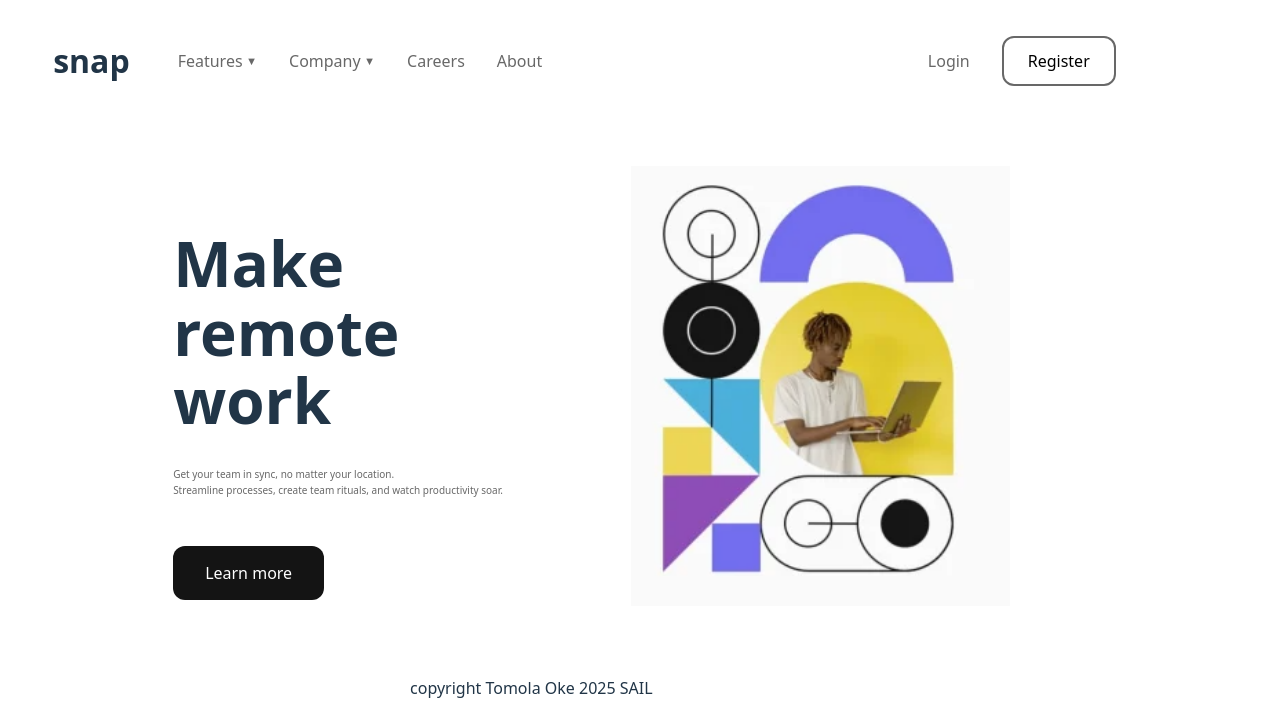
Repository: tomolaoke/SNAP
Page: /
An editor plug-in stored every save of this project. The page is shown before and after the next save, followed by the edit.
The browser window is 1280 px wide. The pictures show the whole page.
The project was rebuilt for these pictures with package versions that can differ from the ones it lists, and the page was loaded fresh each time. Also part of the build but not shown: vite.config.js, src/components/footer/Footer.css.

Above is the page before, as saved 2025-06-21 22:02:22.

After the next save:
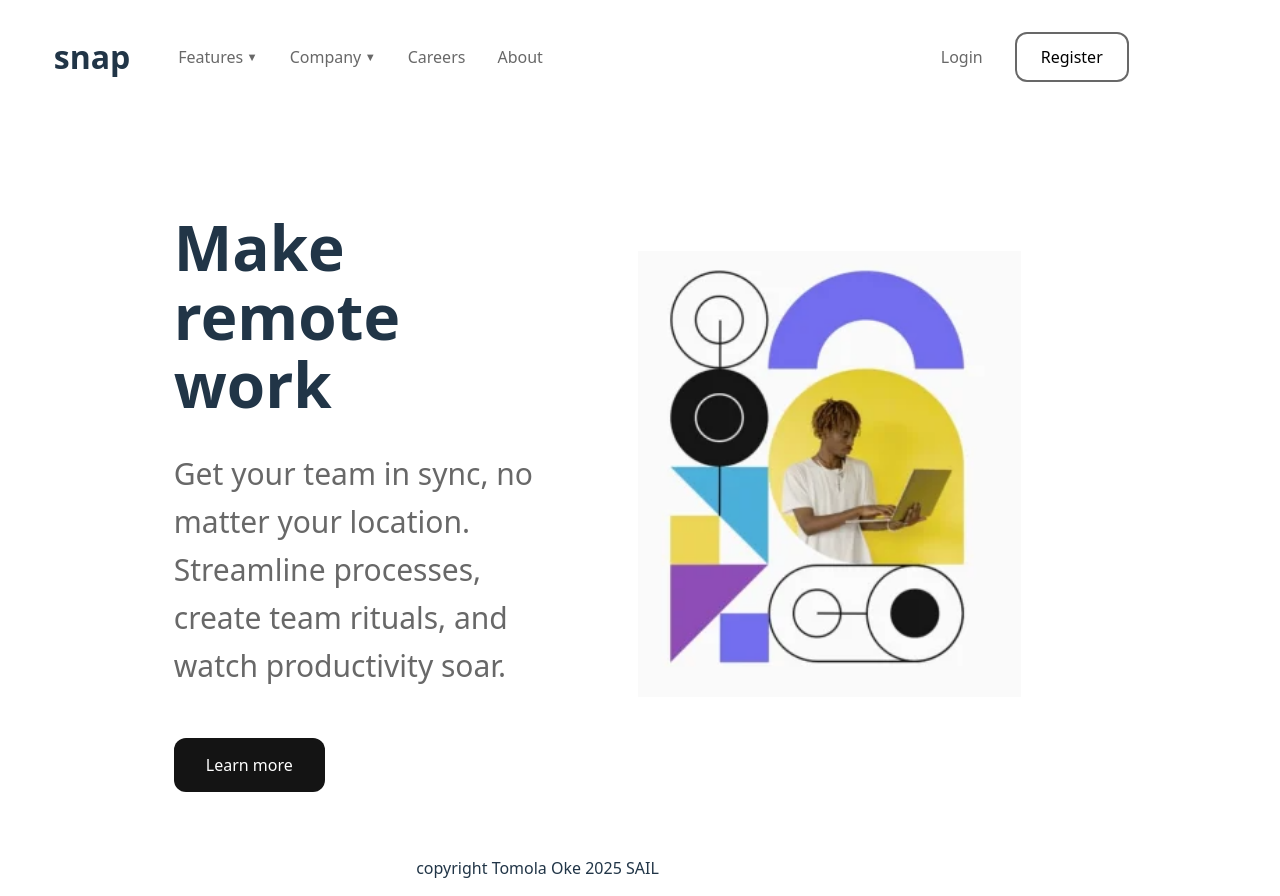
Saved 10 s later.
--- a/src/block/heroblock/HeroBlock.css
+++ b/src/block/heroblock/HeroBlock.css
@@ -17,7 +17,7 @@
 }
 
 .hero-text p {
-  font-size: 10px;
+  font-size: 30px;
   line-height: 1.6;
   color: #686868;
   margin-bottom: 3rem;
